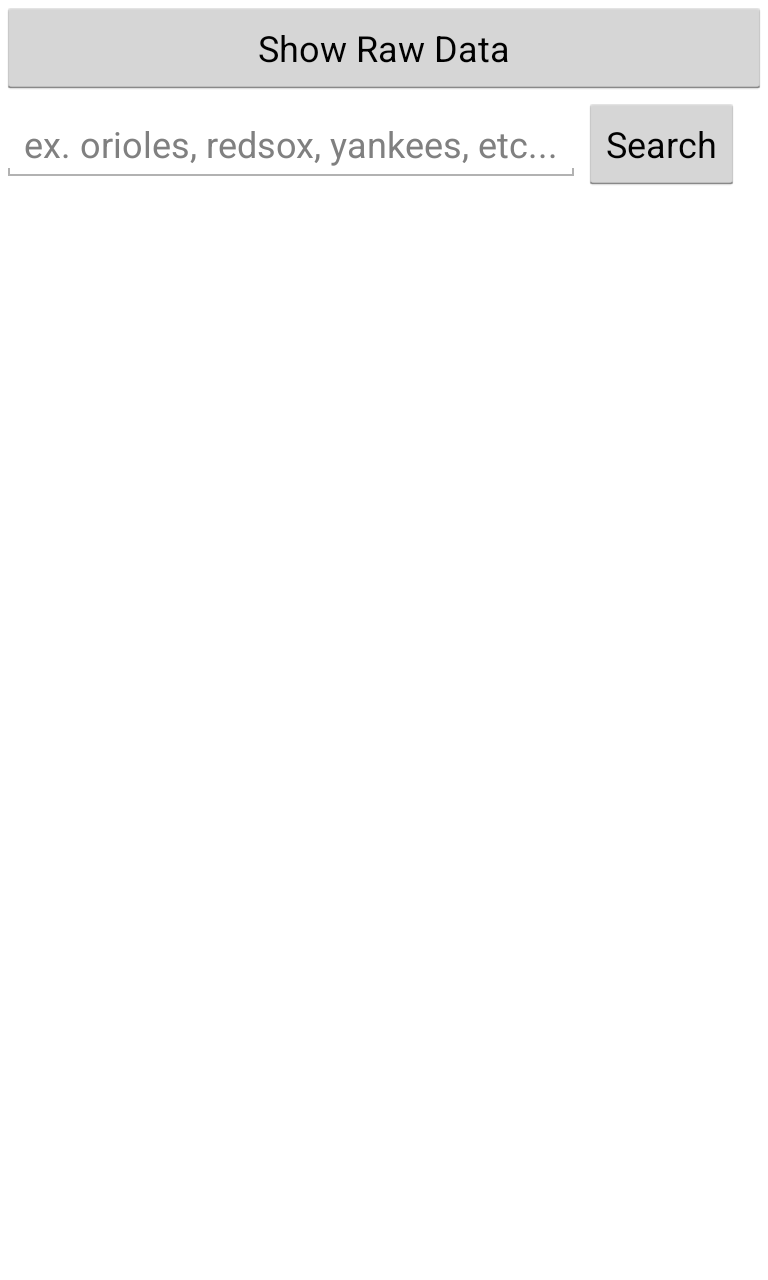
Repository: jemcphe/java1
Layout: teamG.M./TeamGM/res/layout/applayout.xml
The author's editor kept a copy of each file at every save. The layout is drawn from the files as they stood at one save, then again after the next save.
It is drawn on a 768 x 1280 px phone screen (xhdpi) without system bars, with theme AppTheme; the app's code is not run.

Above is the layout before, as saved 2013-05-27 00:02:53.

### teamG.M./TeamGM/res/layout/applayout.xml
<?xml version="1.0" encoding="utf-8"?>
<LinearLayout xmlns:android="http://schemas.android.com/apk/res/android"
    android:layout_width="fill_parent"
    android:layout_height="fill_parent"
    android:orientation="vertical" >

    <Button
        android:id="@+id/dataButton"
        android:layout_width="match_parent"
        android:layout_height="wrap_content"
        android:text="@string/show_raw_data" />

    <LinearLayout
        android:id="@+id/searchLayout"
        android:layout_width="fill_parent"
        android:layout_height="wrap_content"
        android:orientation="horizontal" >

        <EditText
            android:id="@+id/searchField"
            android:layout_width="wrap_content"
            android:layout_height="wrap_content"
            android:layout_weight="0"
            android:hint="ex. orioles, redsox, yankees, etc..." />

        <Button
            android:id="@+id/searchButton"
            android:layout_width="wrap_content"
            android:layout_height="wrap_content"
            android:text="@string/search" />
    </LinearLayout>

</LinearLayout>

### teamG.M./TeamGM/res/values/strings.xml
<?xml version="1.0" encoding="utf-8"?>
<resources>

    <string name="app_name">Team GM</string>
    <string name="action_settings">Settings</string>
    <string name="hello_world">Hello world!</string>
    <string name="show_raw_data">Show Raw Data</string>
    <string name="search_for_a_team_to_display_and_store_data">Search For A Team To Display And Store Data</string>
    <string name="search_hint">ex. orioles, redsox, etc...</string>
    <string name="go">GO</string>
    <string name="search">Search</string>

</resources>

Loaded but not shown: teamG.M./TeamGM/res/values/styles.xml (common file); teamG.M./TeamGM/res/values-v11/styles.xml (common file); teamG.M./TeamGM/res/values-v14/styles.xml (common file)

After the next save:
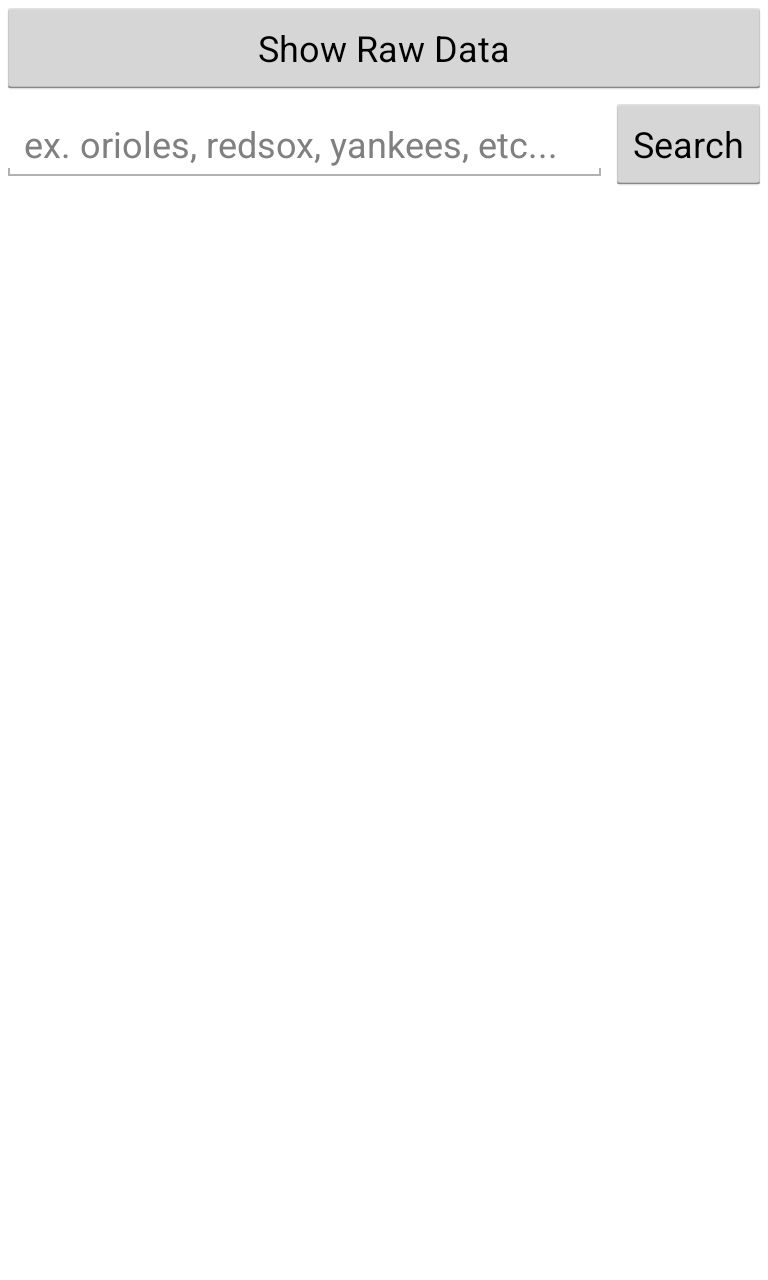
Saved 18 s later.
--- a/teamG.M./TeamGM/res/layout/applayout.xml
+++ b/teamG.M./TeamGM/res/layout/applayout.xml
@@ -20,7 +20,7 @@
             android:id="@+id/searchField"
             android:layout_width="wrap_content"
             android:layout_height="wrap_content"
-            android:layout_weight="0"
+            android:layout_weight="1"
             android:hint="ex. orioles, redsox, yankees, etc..." />
 
         <Button
